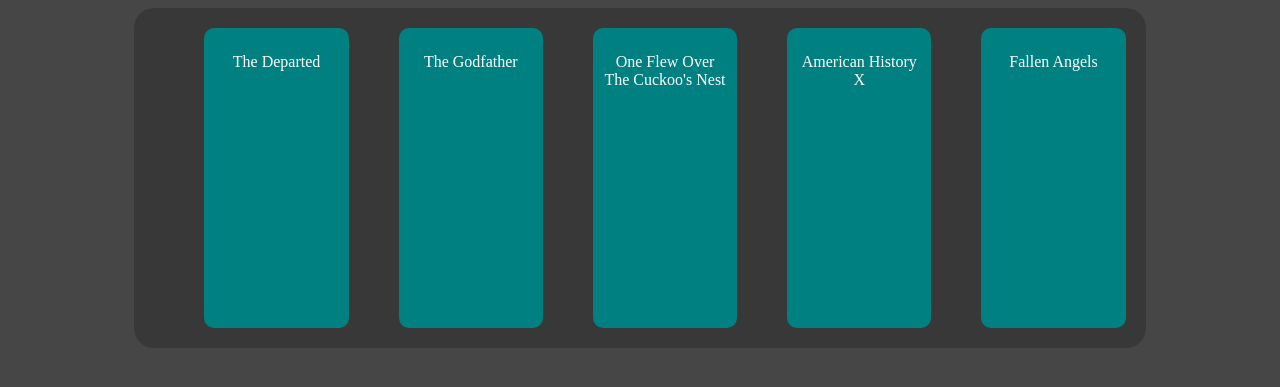
Repository: nishit47/merofilmrecs
Page: web_dev/tiles.html
The author's editor kept a copy of each file at every save. The page is drawn from the files as they stood at one save, then again after the next save.
The browser window is 1280 px wide. The pictures show the whole page.

Above is the page before, as saved 2021-10-06 15:14:46.

### web_dev/tiles.html
<!DOCTYPE html>
<html lang="en">
<head>
    <meta charset="UTF-8">
    <meta http-equiv="X-UA-Compatible" content="IE=edge">
    <meta name="viewport" content="width=device-width, initial-scale=1.0">
    <title>tiles</title>
</head>
<link rel="stylesheet" href="styling.css">
<style>
    .movietiles{
        color: white;
        display: flex;
        background-color:;
    }
    .movieitem{
        width: 250px;
        height: 250px;
        background-color: teal;
        margin-left: 50px;
        padding: 25px 10px;
        text-align: center;
        border-radius: 10px;
    }
</style>
<body>
    <div class="movietiles">
        <div class="movieitem"id="movie1">The Departed</div>
        <div class="movieitem"id="movie2">The Godfather</div>
        <div class="movieitem"id="movie3">One Flew Over The Cuckoo's Nest</div>
        <div class="movieitem"id="movie4">American History X</div>
        <div class="movieitem" id="movie5">Fallen Angels</div>
    </div>

</body>
</html>

### web_dev/styling.css
body{
    background-color: rgb(70, 70, 70);
    color: white;
}

nav ul{
    background-color: rgb(56, 56, 56);
    display: flex;
    height: 37px;
    border-radius: 3px;
}
nav ul li{
    background-color: rgb(70, 70, 70);
    margin: 5px 20px;
    padding: 5px 20px;
    list-style-type: none;
    border-radius: 3px;
}
nav ul li a{
    text-decoration: none;
    color: white;
}
nav ul li :hover{
    color: yellow;
}
nav ul div{
    padding: 5px 0px;
    margin: 0.5px 30px;
}
h1{
    text-align: center;
}
.movie, .movietiles{
    border:black;
    border-radius: 20px;
    background-color: rgb(56, 56, 56);
    margin: auto 10%;
    padding: 20px;
}

.rating, .cast, .description, h2{
    background-color: rgb(70, 70, 70);
}
.still, .trailer{
    display: block;
    max-width:100%;
    max-height:100%;
    margin: 0 auto;
}
#netflix{
    float: right;
}

After the next save:
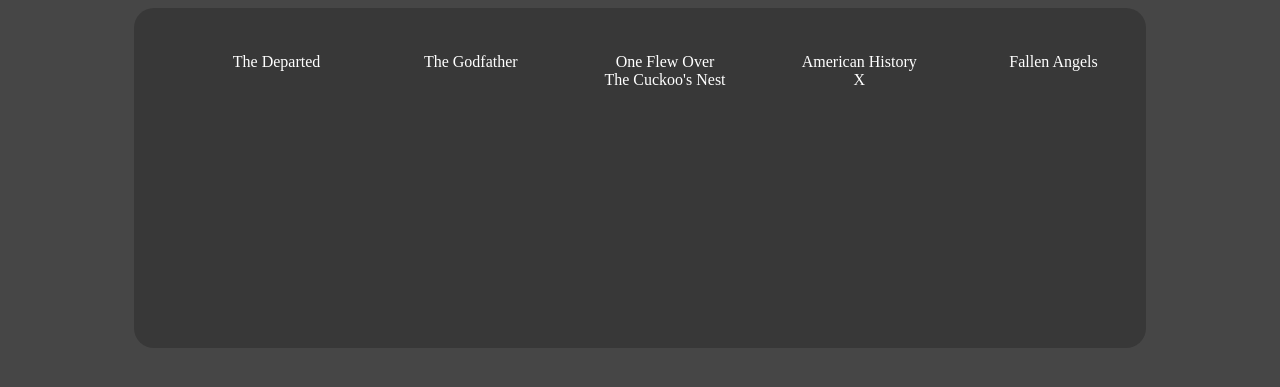
Saved 20 s later.
--- a/web_dev/tiles.html
+++ b/web_dev/tiles.html
@@ -16,7 +16,6 @@
     .movieitem{
         width: 250px;
         height: 250px;
-        background-color: teal;
         margin-left: 50px;
         padding: 25px 10px;
         text-align: center;
